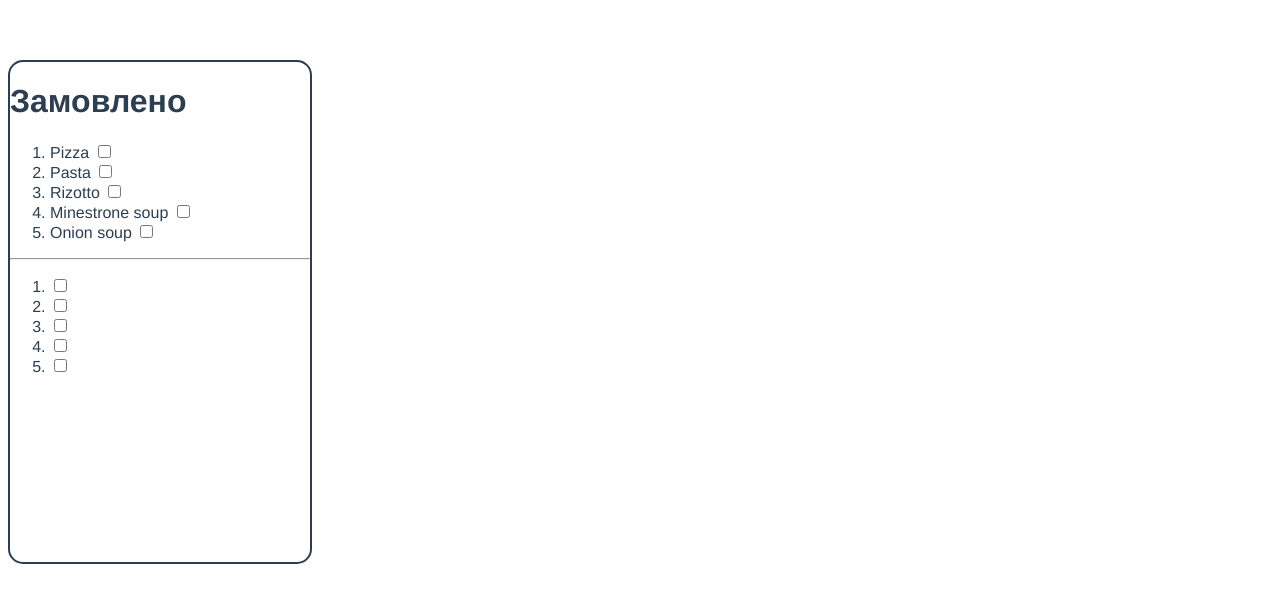
Repository: Salexandraa/HOME_Subotina
Page: / (app in order-list/)
An editor plug-in stored every save of this project. The page is shown before and after the next save, followed by the edit.
The browser window is 1280 px wide. The pictures show the whole page.
The project was rebuilt for these pictures with package versions that can differ from the ones it lists, and the page was loaded fresh each time.

Above is the page before, as saved 2020-10-09 15:21:17.

### order-list/src/App.vue
<template>
  <div id="app">
  <reserved :listDishes= "dishesList"
  title='Замовлено'

  />
  </div>
</template>

<script>
import Reserved from "./components/CheckList/Reserved";
import dishesList from "../settings"
export default {
  name: "App",
  components: {
    Reserved,
  },
  data() {
    return {
      dishesList
      // dishesList: [
      //   {
      //     id: 1,
      //     name: "Pizza",
      //   },
      //    {
      //     id: 2,
      //     name: "Pasta",
      //   },
      //    {
      //     id:3,
      //     name: "Rizzoto",
      //   },
      //    {
      //     id: 4,
      //     name: "Minestrone soup",
      //   },
      //    {
      //     id:5,
      //     name: "Onion soup",
      //   },
      // ],
    };
  },
};
</script>

<style>
#app {
  font-family: Avenir, Helvetica, Arial, sans-serif;
  -webkit-font-smoothing: antialiased;
  -moz-osx-font-smoothing: grayscale;
  /* text-align: center; */
  color: #2c3e50;
  margin-top: 60px;
}
</style>

### order-list/src/components/CheckList/Reserved/index.vue
<template>
    <div class="container">
<div>
    <h1>{{title}}</h1>
</div>
 <div><ol   >
        <li v-for="item in listDishes" :key="item.name"   >
          {{item.name}}  <input type="checkbox" :v-model="chekedNames"   >
        </li>

    </ol>

    <!-- <select v-model="chekedNames">
  <option v-for="item in listDishes" v-bind:name="item.name" :key="item.name">
    {{ item.name }}
  </option>
</select> -->

</div>
<hr>
<div>
    <!-- <span>Выбрано: {{ checkedNames }}</span> -->
      <ol>
        <li v-for="item in listDishes" :key="item.name" >
           {{checkedNames}} <input type="checkbox" >
        </li>

    </ol>

</div>
    </div>
</template>

<script>
    export default {
        name: "Reserved",
        props: {
             listDishes: {
                type: Array,
                default: ()=>[]
            },
            title: {
                type: String,
                default: ''
            }
            },
            data() {
                return {
                    chekedNames: '',

                }
                },
                // methods: {
                //     addDish() {
                //         if(this.chekedNames === true)


                //     }
                // },

    }
</script>

<style lang="css" scoped>
.container{
    width: 300px;
    height: 500px;
    border: 2px solid;
    border-radius: 15px;
}
</style>

### order-list/settings.js
export default [
    {
      id: 1,
      name: "Pizza",
    },
     {
      id: 2,
      name: "Pasta",
    },
     {
      id:3,
      name: "Rizotto",
    },
     {
      id: 4,
      name: "Minestrone soup",
    },
     {
      id:5,
      name: "Onion soup",
    },
  ]

Loaded but not shown: order-list/public/index.html (common file); order-list/src/main.js (common file)

After the next save:
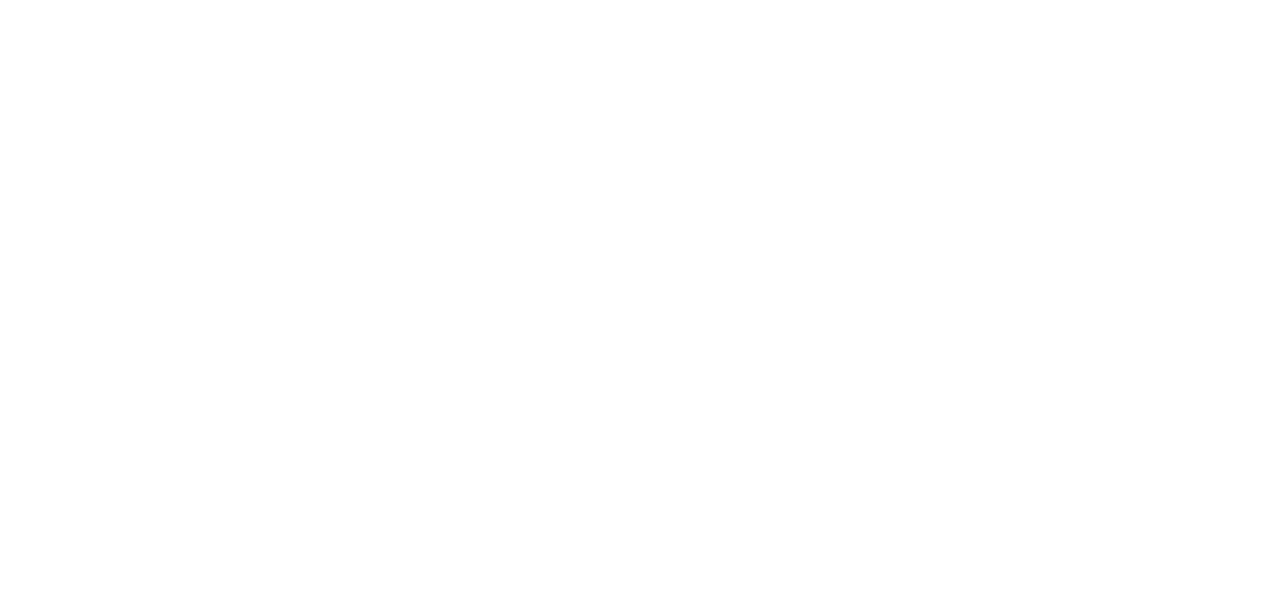
Saved 12 s later.
--- a/order-list/src/components/CheckList/Reserved/index.vue
+++ b/order-list/src/components/CheckList/Reserved/index.vue
@@ -22,7 +22,7 @@
     <!-- <span>Выбрано: {{ checkedNames }}</span> -->
       <ol>
         <li v-for="item in listDishes" :key="item.name" >
-           {{checkedNames}} <input type="checkbox" >
+           {{checkedNames.name}} <input type="checkbox" >
         </li>
 
     </ol>

After the save that followed:
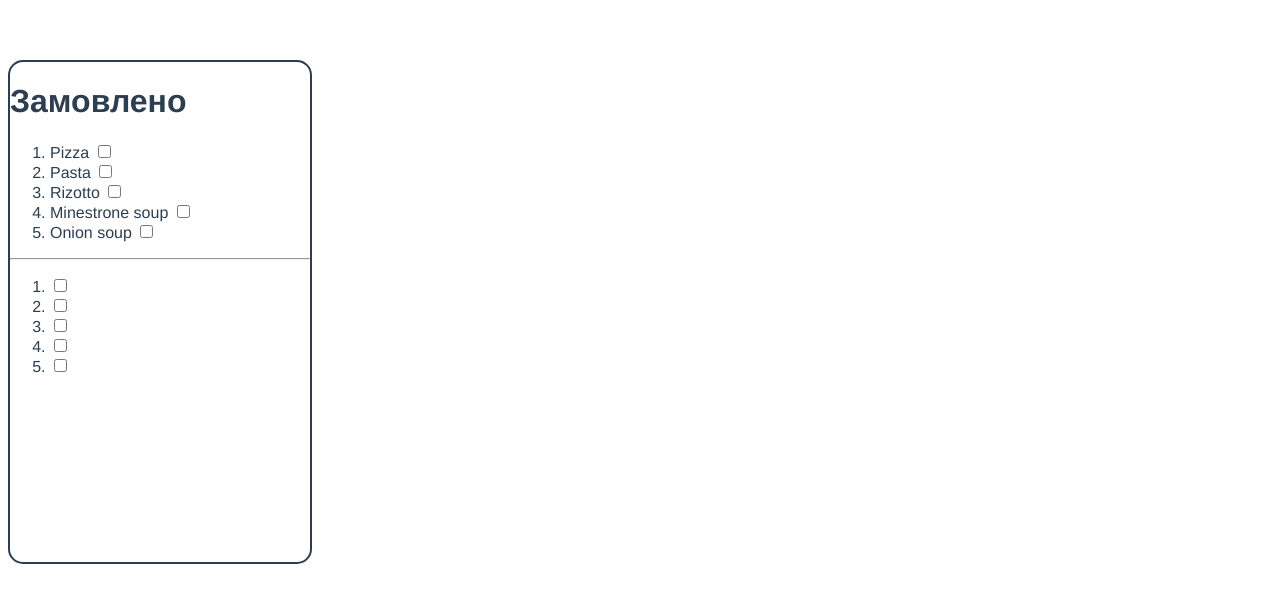
Saved 11 s later.
--- a/order-list/src/components/CheckList/Reserved/index.vue
+++ b/order-list/src/components/CheckList/Reserved/index.vue
@@ -22,7 +22,7 @@
     <!-- <span>Выбрано: {{ checkedNames }}</span> -->
       <ol>
         <li v-for="item in listDishes" :key="item.name" >
-           {{checkedNames.name}} <input type="checkbox" >
+           {{checkedNames}} <input type="checkbox" >
         </li>
 
     </ol>
